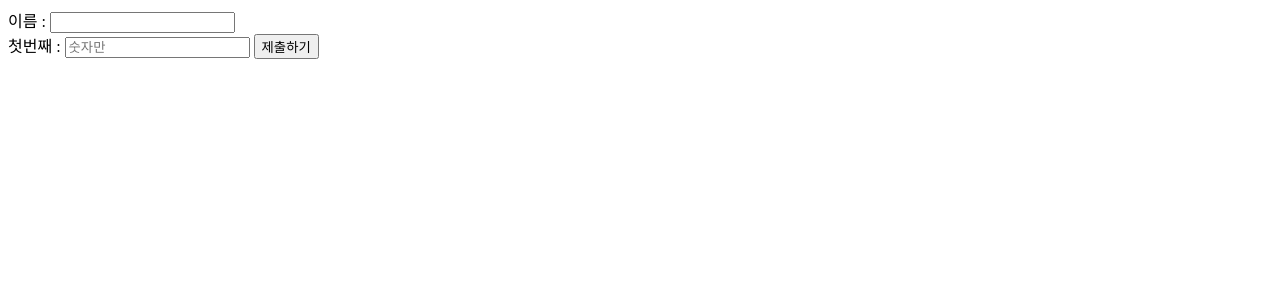
Repository: MySunTY/JSP
Page: http://localhost/JSP04/
An editor plug-in stored every save of this project. The page is shown before and after the next save, followed by the edit.
The browser window is 1280 px wide. The pictures show the whole page.
The page is served by Tomcat 9.

Above is the page before, as saved 2024-05-10 01:42:34.

After the next save:
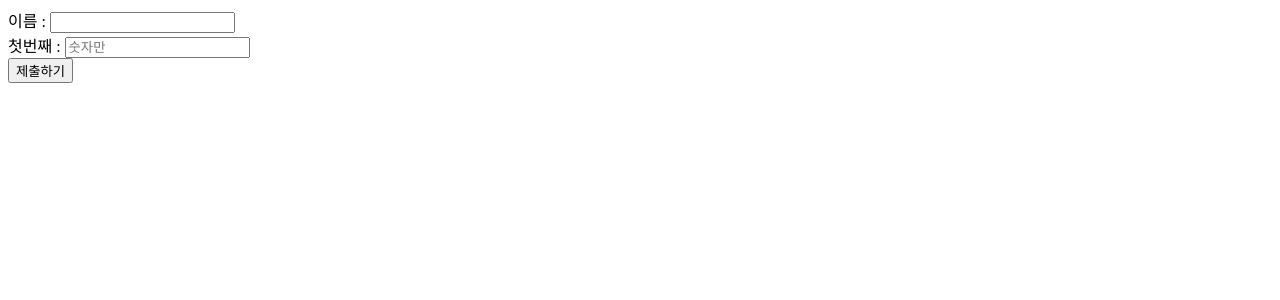
Saved 32 s later.
--- a/JSP04/src/main/webapp/index.jsp
+++ b/JSP04/src/main/webapp/index.jsp
@@ -14,7 +14,7 @@
 		<!-- name이 없으면 데이터를 전송할 수 없다 -->
 		<form method="get" action="result.jsp">
 			이름 : <input type="text" name="nm"><br>
-			첫번째 : <input type="text" name="first" placeholder="숫자만">
+			첫번째 : <input type="text" name="first" placeholder="숫자만"><br>
 			<input type="submit" value="제출하기">
 
 
